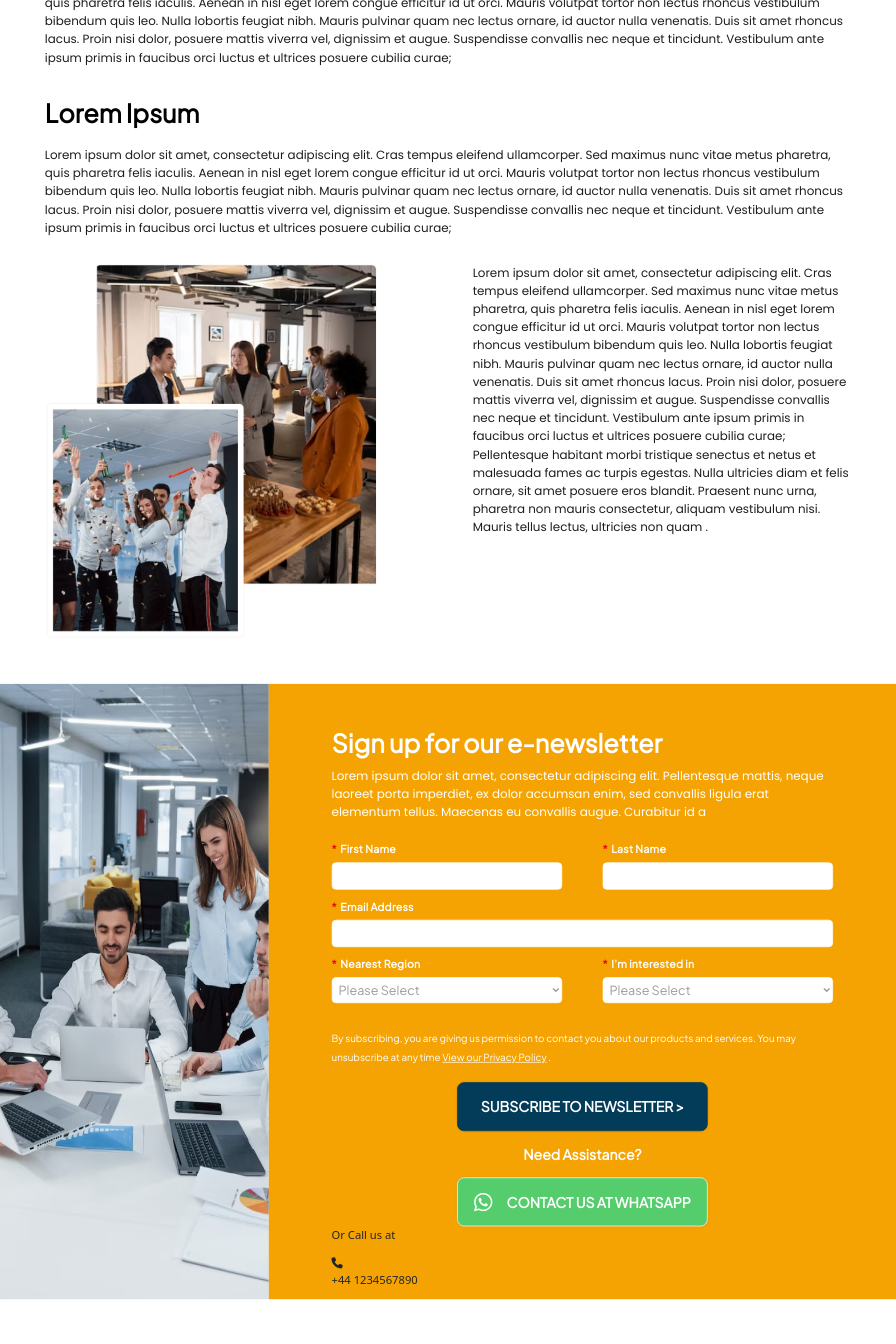
Repository: Akash8377/Hospitality-website
Page: /about-us
These files come from the project's save history. The page is drawn as it stood at one moment and after the next save; the edit follows.
The browser window is 1280 px wide. The pictures show the part of the page from y = 830 to 2750 px (the page is 2750 px tall before and 2686 px after), at 70% of full size.
Some web libraries are served in a nearby version. The project was rebuilt for these pictures with package versions that can differ from the ones it lists, and the page was loaded fresh each time. Also part of the build but not shown: src/Component/Partial/heading-cont.js, src/Component/Shared/about-us.js, src/Component/Shared/Banner.js, src/Component/Shared/popular-jobs.js, src/Component/Sliders/ServiceSlider.js, src/Component/Sliders/ReviewSlider.js, src/Component/Partial/index-banner.js, src/Component/Partial/index-buisness-banner.js and 2 more.

Above is the page before, as saved 2023-07-07 12:24:50.

### public/index.html
<!-- @format -->

<!DOCTYPE html>
<html lang="en">
  <head>
    <meta charset="utf-8" />
    <link rel="icon" href="%PUBLIC_URL%/favicon.ico" />
    <meta name="viewport" content="width=device-width, initial-scale=1" />
    <meta name="theme-color" content="#000000" />
    <meta
      name="description"
      content="Web site created using create-react-app"
    />
    <link rel="apple-touch-icon" href="%PUBLIC_URL%/logo192.png" />
    <link rel="manifest" href="%PUBLIC_URL%/manifest.json" />

    <link rel="preconnect" href="https://fonts.googleapis.com" />
    <link rel="preconnect" href="https://fonts.gstatic.com" crossorigin />
    <link href="https://fonts.googleapis.com/css2?family=Plus+Jakarta+Sans&family=Poppins&display=swap" rel="stylesheet">
    <title>React App</title>
  </head>
  <body>
    <noscript>You need to enable JavaScript to run this app.</noscript>
    <div id="root"></div>
  </body>
  <script src="https://kit.fontawesome.com/b533b351e4.js" crossorigin="anonymous"></script>
</html>

### src/index.css
/** @format */

body {
  margin: 0;
  padding: 0;
  font-family: -apple-system, BlinkMacSystemFont, "Segoe UI", "Roboto", "Oxygen",
    "Ubuntu", "Cantarell", "Fira Sans", "Droid Sans", "Helvetica Neue",
    sans-serif;
  -webkit-font-smoothing: antialiased;
  -moz-osx-font-smoothing: grayscale;
}

code {
  font-family: source-code-pro, Menlo, Monaco, Consolas, "Courier New",
    monospace;
}

### src/Css/Navbar.css
/** @format */

.Navbar {
  display: flex;
  justify-content: space-evenly;
  box-shadow: 0px 10px 30px 0px rgba(0, 0, 0, 0.25);
  background-color: #033c59;
  padding: 20px;
  align-items: center;
}
.Navbar .main {
  width: 15%;
  text-align: center;
}
.Navbar .main a {
  text-decoration: none;
  color: #fff;
  font-size: 20px;
  font-family: Plus Jakarta Sans;
  font-style: normal;
  font-weight: 400;
  line-height: 24px;
  letter-spacing: 1px;
  margin: 0;
}

.Navbar .main img {
  display: block;
  margin: auto;
  max-width: 100%;
}
.Navbar .main div {
  border-radius: 24px;
  border: 1px solid #f3f4f6;
  background: #eee;
  padding: 8px;
  display: flex;
  justify-content: space-between;
  padding-left: 10px;
  padding-right: 10px;
}
.Navbar .main div input {
  border: none;
  background-color: transparent;
  outline: none;
  color: #6b7280;
  font-size: 14px;
  font-family: Plus Jakarta Sans;
  font-style: normal;
  font-weight: 400;
  line-height: normal;
  width: 80%;
}
.Navbar .main button {
  border-radius: 8px;
  background: #f5a302;
  width: 120px;
  padding: 10px;
  color: #fff;
  text-align: center;
  font-size: 16px;
  font-family: Plus Jakarta Sans;
  font-style: normal;
  font-weight: 800;
  line-height: normal;
  outline: none;
  border: 1px solid #f5a302;
}

.Navbar .main a:focus{
    font-weight: 700;
}

### src/Css/Lap.css
/** @format */

/* Home Page Banner */
.Banner {
  min-height: 600px;
  max-height: 800px;
  width: 100%;
  background-image: url("../../public/Image/1.png");
  background-size: cover;
  background-repeat: no-repeat;
  position: relative;
}
.Banner h2 {
  color: #fff;
  text-align: center;
  font-size: 60px;
  font-family: Plus Jakarta Sans;
  font-style: normal;
  font-weight: 700;
  line-height: 90px;
}
.Banner p {
  color: rgba(255, 255, 255, 0.7);
  text-align: center;
  font-size: 17px;
  font-family: Plus Jakarta Sans;
  font-style: normal;
  font-weight: 400;
  line-height: 28px;
}

.Banner .two_button {
  display: flex;
  justify-content: center;
  gap: 20px;
}
.Banner .two_button button {
  border-radius: 10px;
  background: #033c59;
  border: 1px solid #033c59;
  box-shadow: 0px 0px 3px 0px rgba(60, 72, 88, 0.15);
  width: 457px;
  color: #fff;
  height: 92px;
  color: #fff;
  font-size: 28px;
  font-family: Plus Jakarta Sans;
  font-style: normal;
  font-weight: 700;
  line-height: normal;
  display: flex;
  justify-content: center;
  align-items: center;
  gap: 20px;
}

.Banner .Bottom_Button {
  border-radius: 10px;
  background: #f5a302;
  box-shadow: 0px 0px 3px 0px rgba(60, 72, 88, 0.15);
  color: #fff;
  text-align: center;
  font-size: 28px;
  font-family: Plus Jakarta Sans;
  font-style: normal;
  font-weight: 700;
  border: 1px solid #f5a302;
  height: 92px;
  width: 666px;
  display: flex;
  justify-content: center;
  align-items: center;
  gap: 20px;
  margin: auto;
  margin-top: 20px;
}

.Banner .content {
  position: absolute;
  top: 50%;
  left: 50%;
  transform: translate(-50%, -50%);
}

/* -------------------------- */

/* Home Page About us Section */
.Three_Div {
  display: flex;
  justify-content: space-evenly;
  gap: 20px;
  flex-wrap: wrap;
  margin-top: 2%;
  padding: 20px;
}
.Three_Div .Item {
  width: 357.126px;
}
.Three_Div .Item .upper {
  width: 100%;
  height: 381.393px;
  position: relative;
  background-image: url("../../public/Image/2.png");
}
.Three_Div .Item .upper .head {
  color: #fff;
  text-align: center;
  font-size: 36px;
  font-family: Plus Jakarta Sans;
  font-style: normal;
  font-weight: 600;
  max-width: 100%;
  width: 100%;
  margin: auto;
  position: absolute;
  bottom: 30px;
  left: 50%;
  transform: translate(-50%);
}
.Three_Div .Item .desc {
  color: #1d1d1d;
  text-align: center;
  font-size: 14px;
  font-family: Poppins;
  font-style: normal;
  font-weight: 400;
  line-height: normal;
  margin-top: 20px;
}
.Three_Div .Item button {
  border-radius: 6px;
  border: 1px solid #f5a302;
  background: #fef6e6;
  padding: 5px 21.02px 5px 21px;
  display: block;
  margin: auto;
  color: #f5a302;
  text-align: center;
  font-size: 15px;
  font-family: Plus Jakarta Sans;
  font-style: normal;
  font-weight: 600;
  line-height: 28px;
  letter-spacing: 0.375px;
}

/* Home Page Heading Container*/
.Center_Heading {
  margin-top: 5%;
}
.Center_Heading h5 {
  color: #161c2d;
  text-align: center;
  font-size: 36px;
  font-family: Plus Jakarta Sans;
  font-style: normal;
  font-weight: 600;
  line-height: 39px;
}
.Center_Heading .desc {
  color: #1d1d1d;
  text-align: center;
  font-size: 14px;
  font-family: Poppins;
  font-style: normal;
  font-weight: 400;
  line-height: normal;
  max-width: 600px;
  margin: auto;
}

/* Home Page Popular Jobs */
.Popular_Jobs {
  padding: 20px;
}
.Popular_Jobs table {
  table-layout: fixed;
  width: 90%;
  margin: auto;
  text-align: center;
}
.Popular_Jobs table tbody td .flex-cont {
  display: flex;
  gap: 5px;
  justify-content: center;
  align-items: center;
}

.Popular_Jobs table tbody tr {
  margin-top: 30px 0 !important;
  border-radius: 4px;
  background: rgba(255, 255, 255, 0);
  box-shadow: 0px 0px 3px 0px rgba(60, 72, 88, 0.15);
  border: 1px solid rgba(255, 255, 255, 0);
}
.Popular_Jobs table tbody tr td {
  padding: 10px;
}
.Popular_Jobs table tbody td .flex-cont p {
  color: #161c2d;
  font-size: 17px;
  font-family: Plus Jakarta Sans;
  font-style: normal;
  font-weight: 600;
  line-height: 28px;
  margin: 0;
}
.Popular_Jobs table tbody td .flex-cont button {
  border-radius: 6px;
  border: 1px solid #005479;
  background: #005479;
  color: #fff;
  text-align: center;
  font-size: 15px;
  font-family: Plus Jakarta Sans;
  font-style: normal;
  font-weight: 600;
  line-height: 28px;
  letter-spacing: 0.375px;
}
.Popular_Jobs table tbody td .flex-cont i {
  color: #005479;
  width: 40px;
  height: 40px;
  border: 1px solid #005479;
  text-align: center;
  border-radius: 100%;
  background-color: rgba(3, 0, 129, 0.05);
  padding: 10px;
}
.Popular_Jobs table tbody td .flex-vertical-cont {
  display: flex;
  flex-direction: column;
}
.Popular_Jobs table tbody td .flex-vertical-cont p {
  margin: 0;
  color: #161c2d;
  font-size: 15px;
  font-family: Plus Jakarta Sans;
  font-style: normal;
  font-weight: 700;
  line-height: 28px;
}
.Popular_Jobs table tbody td .flex-vertical-cont select {
  border-radius: 6px;
  border: 1px solid #777;
  background: #eee;
  width: 164px;
  margin: auto;
  outline: none;
  color: #777;
  font-size: 14px;
  font-family: Plus Jakarta Sans;
  font-style: normal;
  font-weight: 400;
  line-height: 20px;
}
.Popular_Jobs table tbody td .flex-vertical-cont div {
  display: flex;
  gap: 5px;
  align-items: center;
  justify-content: center;
}
.Popular_Jobs table tbody td .flex-vertical-cont div p {
  color: #94a3b8;
  font-size: 15px;
  font-family: Plus Jakarta Sans;
  font-style: normal;
  font-weight: 400;
  line-height: 28px;
}
.Popular_Jobs table tbody td .flex-vertical-cont div i {
  color: #94a3b8;
}

/* Home Page Service Slider */
.Service_Slider_Container {
  position: relative;
  margin-top: 20px;
}
.Service_Slider_Container .Service_Slider .Main {
  width: 421px !important;
  height: 506px !important;
  position: relative;
  display: block !important;
  margin: auto;
}
.Service_Slider_Container .Service_Slider .Main img {
  position: absolute;
  top: 0;
  bottom: 0;
  left: 0;
  right: 0;
  z-index: -1;
}
.Service_Slider_Container .slick-arrow {
  display: none !important;
}

.Service_Slider_Container .Service_Slider .Main .head {
  color: #fff;
  text-align: center;
  font-size: 36px;
  font-family: Plus Jakarta Sans;
  font-style: normal;
  font-weight: 600;
  line-height: 28px;
  position: absolute;
  top: 50%;
  left: 50%;
  transform: translate(-50%, -50%);
  width: 100%;
}
.Service_Slider_Container .Service_Slider .Main button {
  display: flex;
  gap: 10px;
  align-items: center;
  border-radius: 6px;
  border: 1px solid #fff;
  background: #fff;
  width: 148.49px;
  height: 37.865px;
  color: #000;
  text-align: center;
  font-size: 15px;
  font-family: Plus Jakarta Sans;
  font-style: normal;
  font-weight: 600;
  line-height: 28px;
  letter-spacing: 0.375px;
  position: absolute;
  top: 70%;
  left: 50%;
  transform: translate(-50%, -50%);
  text-align: center;
  justify-content: center;
}

/* Home Page Review Slider */
.Review_Slider_Container {
  position: relative;
  margin-top: 30px;
  margin-bottom: 20px;
}
.Review_Slider_Container .Review_Slider .Main {
  width: 357px !important;
  height: 466px !important;
  position: relative;
  display: block !important;
  margin: auto;
  background: #fff;
  box-shadow: 0px 20px 40px 10px rgba(159, 159, 159, 0.15),
    0px -10px 50px 0px rgba(0, 0, 0, 0.1);
  padding: 20px;
}

.Review_Slider_Container .slick-arrow {
  display: none !important;
}
.Review_Slider_Container .Review_Slider .Main .User_Profile {
  display: flex;
  justify-content: space-between;
  max-width: 90%;
  gap: 10px;
  align-items: center;
}

.Review_Slider_Container .Review_Slider .Main .User_Profile img {
  width: 73px;
  height: 73px;
  border-radius: 100%;
}
.Review_Slider_Container .Review_Slider .Main .User_Profile p {
  margin: 0;
}

.Review_Slider_Container .Review_Slider .Main .User_Profile div .head {
  color: #000;
  font-size: 22px;
  font-family: Plus Jakarta Sans;
  font-style: normal;
  font-weight: 700;
  line-height: 39px;
}
.Review_Slider_Container .Review_Slider .Main .User_Profile div .desc {
  color: #9c9c9c;
  font-size: 15px;
  font-family: Plus Jakarta Sans;
  font-style: normal;
  font-weight: 700;
  line-height: 39px;
}

.Review_Slider_Container .Review_Slider .Main .Reviews {
  display: flex;
  align-items: center;
  justify-content: space-between;
  margin-top: 10px;
}
.Review_Slider_Container .Review_Slider .Main .Reviews div {
  display: flex;
  gap: 5px;
}
.Review_Slider_Container .Review_Slider .Main .Reviews div i {
  color: #ffc107;
  font-size: 23px;
}

.Review_Slider_Container .Review_Slider .Main .Reviews p {
  margin: 0;
  color: #9c9c9c;
  font-size: 15px;
  font-family: Plus Jakarta Sans;
  font-style: normal;
  font-weight: 700;
  line-height: 39px;
}
.Review_Slider_Container .Review_Slider .Main .content {
  text-align: left;
  margin-top: 10px;
}
.Review_Slider_Container .Review_Slider .Main .content p {
  color: #000;
  font-size: 17px;
  font-family: Plus Jakarta Sans;
  font-style: normal;
  font-weight: 400;
  line-height: 28px;
}

/* Index Two Sec Banner */
.Index_Banner_Two_Sec {
  display: flex;
  width: 90%;
  margin: auto;
  align-items: stretch;
  margin-top: 2%;
  justify-content: center;
  height: 550px;
  max-width: 1200px;
  margin-bottom: 20px;
}
.Index_Banner_Two_Sec .left {
  width: 30%;
  display: flex;
  justify-content: flex-end;
}
.Index_Banner_Two_Sec .left img {
  width: auto;
  max-height: 100%;
}

.Index_Banner_Two_Sec .right {
  width: 70%;
  background-color: #f5a302;
  position: relative;
}
.Index_Banner_Two_Sec .right .content {
  position: absolute;
  top: 50%;
  left: 50%;
  transform: translate(-50%, -50%);
  width: 90%;
  margin: auto;
}
.Index_Banner_Two_Sec .right .content h5 {
  color: #fff;
  font-family: Plus Jakarta Sans;
  font-size: 36px;
  font-style: normal;
  font-weight: 600;
  line-height: 54px;
}
.Index_Banner_Two_Sec .right .content p {
  color: #fff;
  font-family: Plus Jakarta Sans;
  font-size: 17px;
  font-style: normal;
  line-height: 28px;
}
.Index_Banner_Two_Sec .right .content ul {
  list-style: none;
  padding-left: 0;
}
.Index_Banner_Two_Sec .right .content ul li {
  display: flex;
  gap: 10px;
  align-items: center;
}
.Index_Banner_Two_Sec .right .content ul li span {
  color: #fff;
  font-family: Plus Jakarta Sans;
  font-size: 15px;
  font-style: normal;
  font-weight: 400;
  line-height: 28px;
}

/* Index Buisness Banner */
.Index_Buisness_Banner {
  display: flex;
  justify-content: space-evenly;
  width: 90%;
  margin: auto;
  margin-top: 5%;
}
.Index_Buisness_Banner .left {
  width: 50%;
  padding: 20px;
}
.Index_Buisness_Banner .left h5 {
  color: #161c2d;
  font-family: Plus Jakarta Sans;
  font-size: 36px;
  font-style: normal;
  font-weight: 600;
  line-height: 39px;
}
.Index_Buisness_Banner .left p {
  color: #1d1d1d;
  font-family: Poppins;
  font-size: 14px;
  font-style: normal;
  font-weight: 400;
  line-height: normal;
  max-width: 60%;
}
.Index_Buisness_Banner .left .Two_Sec {
  display: flex;
  justify-content: space-between;
  flex-wrap: wrap;
}

.Index_Buisness_Banner .left .Two_Sec .Main {
  width: 49%;
  border-radius: 4px;
  background: #f8fafc;
  box-shadow: 0px 0px 3px 0px rgba(60, 72, 88, 0.15);
  padding: 20px;
  display: flex;
  align-items: flex-start;
  gap: 10px;
  margin-top: 20px;
}
.Index_Buisness_Banner .left .Two_Sec .Main div {
  display: flex;
  flex-direction: column;
  width: 60%;
}
.Index_Buisness_Banner .left .Two_Sec .Main div h6 {
  color: #161c2d;
  font-family: Plus Jakarta Sans;
  font-size: 16px;
  font-style: normal;
  font-weight: 600;
  line-height: 28px;
}

.Index_Buisness_Banner .left .Two_Sec .Main div p {
  color: #005479;
  font-family: Plus Jakarta Sans;
  font-size: 14px;
  font-style: normal;
  font-weight: 400;
  line-height: 20px;
  width: 100%;
}
.Index_Buisness_Banner .left .Last_Text {
  display: flex;
  gap: 10px;
  color: #94a3b8;
  text-align: center;
  font-family: Plus Jakarta Sans;
  font-size: 15px;
  font-style: normal;
  font-weight: 600;
  line-height: 28px;
  letter-spacing: 0.375px;
  align-items: center;

  margin: 0;
  margin-top: 10px;
}
.Index_Buisness_Banner .right {
  width: 30%;
}
.Index_Buisness_Banner .right img {
  max-width: 100%;
  display: block;
  margin: auto;
}

/* Footer  */
.Footer {
  background: #f5a302;
  margin-top: 5%;
  padding-bottom: 50px;
}
.Footer .Upper_Div {
  display: flex;
  width: 90%;
  margin: auto;
  justify-content: space-between;
  padding-top: 2%;
  align-items: center;
}
.Footer .Upper_Div div {
  width: 15%;
}
.Footer .Upper_Div div p {
  margin: 0;
  color: #fff;
  font-family: Plus Jakarta Sans;
  font-size: 20px;
  font-style: normal;
  font-weight: 800;
  line-height: normal;
}
.Footer .Upper_Div div button {
  color: #fff;
  text-align: center;
  font-family: Plus Jakarta Sans;
  font-size: 16px;
  font-style: normal;
  font-weight: 800;
  border-radius: 8px;
  background: #005479;
  border: 1px solid #005479;
  width: 100%;
  padding: 10px;
  line-height: normal;
}

.Footer .Down_Div {
  display: flex;
  justify-content: space-between;
  width: 90%;
  margin: auto;
  margin-top: 40px;
}

.Footer .Down_Div .left h5 {
  color: #fff;
  font-family: Plus Jakarta Sans;
  font-size: 26px;
  font-style: normal;
  font-weight: 700;
  line-height: 39px;
}
.Footer .Down_Div .left .two_sec {
  display: flex;
  align-items: center;
  gap: 10px;
  margin-top: 30px;
}
.Footer .Down_Div .left .two_sec p {
  margin: 0;
  color: #fff;
  font-family: Plus Jakarta Sans;
  font-size: 17px;
  font-style: normal;
  font-weight: 500;
  line-height: normal;
}
.Footer .Down_Div .left .two_sec i {
  color: #fff;
  font-size: 20px;
}

.Footer .Down_Div .left .copyRight {
  color: #fff;
  font-family: Plus Jakarta Sans;
  font-size: 20px;
  margin-top: 40px;
  font-style: normal;
  font-weight: 500;
  line-height: normal;
}

/* About Us Page */
.AboutUs {
  min-height: 600px;
  max-height: 800px;
  width: 100%;
  background-image: url("../../public/Image/11.png");
  background-size: cover;
  background-repeat: no-repeat;
  position: relative;
}
.AboutUs h2 {
  color: #fff;
  text-align: center;
  font-size: 36px;
  font-family: Plus Jakarta Sans;
  font-style: normal;
  font-weight: 700;
  line-height: 90px;
}
.AboutUs p {
  color: rgba(255, 255, 255, 0.7);
  text-align: center;
  font-size: 14px;
  font-family: Plus Jakarta Sans;
  font-style: normal;
  font-weight: 400;
  line-height: 28px;
}

.AboutUs .content {
  position: absolute;
  top: 60%;
  left: 50%;
  transform: translate(-50%, -50%);
}

.About_Us-Content {
  width: 90%;
  margin: auto;
  margin-top: 3%;
}
.About_Us-Content h5 {
  color: #000;
  font-family: Plus Jakarta Sans;
  font-size: 36px;
  font-style: normal;
  font-weight: 600;
  line-height: 54px;
}
.About_Us-Content p {
  color: #1d1d1d;
  font-family: Poppins;
  font-size: 17px;
  font-style: normal;
  font-weight: 400;
  line-height: normal;
  margin-top: 20px;
}

.About_Us-two_Sec {
  display: flex;
  width: 90%;
  margin: auto;
  justify-content: space-between;
  margin-top: 3%;
}
.About_Us-two_Sec .right {
  width: 70%;
  text-align: left;
  display: flex;
  justify-content: flex-end;
}
.About_Us-two_Sec .right p {
  max-width: 80%;
  color: #1d1d1d;
  font-family: Poppins;
  font-size: 17px;
  font-style: normal;
  font-weight: 400;
  line-height: normal;
}

.About-Us_Newsletter {
  display: flex;
  align-items: stretch;
  max-height: 900px;
  margin-top: 5%;
  margin-bottom: 5%;
}
.About-Us_Newsletter .left {
  width: 30%;
}
.About-Us_Newsletter .left img {
  height: 100%;
  width: 100%;
}

.About-Us_Newsletter .right {
  background: #f5a302;
  width: 70%;
  padding-top: 5%;
}
.About-Us_Newsletter .right .content {
  width: 80%;
  margin: auto;
}
.About-Us_Newsletter .right .content h5 {
  color: #fff;
  font-family: Plus Jakarta Sans;
  font-size: 36px;
  font-style: normal;
  font-weight: 700;
  line-height: 39px;
}
.About-Us_Newsletter .right .content .desc {
  color: #fff;
  font-family: Poppins;
  font-size: 17px;
  font-style: normal;
  font-weight: 400;
  line-height: normal;
  margin-top: 2%;
}
.About-Us_Newsletter .right .content form {
  margin-top: 2%;
}
.About-Us_Newsletter .right .content form .Two_Inputs {
  display: flex;
  gap: 20px;
  justify-content: space-between;
  align-items: center;
}
.About-Us_Newsletter .right .content form .Two_Inputs div {
  width: 46%;
  display: flex;
  flex-direction: column;
  gap: 5px;
  margin-top: 10px;
}
.About-Us_Newsletter .right .content form .Two_Inputs div label {
  color: #fff;
  font-family: Plus Jakarta Sans;
  font-size: 15px;
  font-style: normal;
  font-weight: 700;
  line-height: 28px;
  letter-spacing: 0.375px;
  display: flex;
  gap: 5px;
}
.About-Us_Newsletter .right .content form .Two_Inputs div label span {
  color: #e51111;
}
.About-Us_Newsletter .right .content form .Two_Inputs div input {
  border-radius: 6px;
  border: 1px solid #fff;
  background: #fff;
  width: 100%;
  padding: 5px;
  outline: none;
  font-family: Plus Jakarta Sans;
  font-size: 18px;
  font-style: normal;
}
.About-Us_Newsletter .right .content form .Single_Input {
  margin-top: 10px;
}
.About-Us_Newsletter .right .content form .Single_Input div {
  width: 100%;
  display: flex;
  flex-direction: column;
  gap: 5px;
}
.About-Us_Newsletter .right .content form .Single_Input div label {
  color: #fff;
  font-family: Plus Jakarta Sans;
  font-size: 15px;
  font-style: normal;
  font-weight: 700;
  line-height: 28px;
  letter-spacing: 0.375px;
  display: flex;
  gap: 5px;
}
.About-Us_Newsletter .right .content form .Single_Input div input {
  border-radius: 6px;
  border: 1px solid #fff;
  background: #fff;
  width: 100%;
  padding: 5px;
  outline: none;
  font-family: Plus Jakarta Sans;
  font-size: 18px;
  font-style: normal;
}
.About-Us_Newsletter .right .content form .Single_Input div label span {
  color: #e51111;
}
.About-Us_Newsletter .right .content form .Two_Inputs div select {
  border-radius: 6px;
  border: 1px solid #fff;
  background: #fff;
  width: 100%;
  padding: 5px;
  outline: none;
  font-family: Plus Jakarta Sans;
  font-size: 18px;
  font-style: normal;
  color: #9c9c9c;
}

.About-Us_Newsletter .right .content .Policy {
  color: #fff;
  font-family: Plus Jakarta Sans;
  font-size: 14px;
  font-style: normal;
  font-weight: 400;
  line-height: 28px;
  margin-top: 5%;
}
.About-Us_Newsletter .right .content .Policy span {
  text-decoration: underline;
}
.About-Us_Newsletter .right .content .NewsLetter_Button {
  border-radius: 10px;
  background: #033c59;
  box-shadow: 0px 0px 3px 0px rgba(60, 72, 88, 0.15);
  width: 50%;
  display: block;
  margin: auto;
  border: 1px solid #033c59;
  color: #fff;
  text-align: center;
  font-family: Plus Jakarta Sans;
  font-size: 20px;
  font-style: normal;
  font-weight: 700;
  line-height: normal;
  height: 70px;
  margin-top: 3%;
}

.About-Us_Newsletter .right .content .Assistance_P {
  color: #fff;
  font-family: Plus Jakarta Sans;
  font-size: 20px;
  font-style: normal;
  font-weight: 700;
  line-height: normal;
  text-align: center;
  margin-top: 20px;
}

.About-Us_Newsletter .right .content .Whatsapp_Button {
  border-radius: 10px;
  background: #55CD6C;
  box-shadow: 0px 0px 3px 0px rgba(60, 72, 88, 0.15);
  width: 50%;
  margin: auto;
  border: 1px solid #fff;
  color: #fff;
  text-align: center;
  font-family: Plus Jakarta Sans;
  font-size: 20px;
  font-style: normal;
  font-weight: 700;
  line-height: normal;
  height: 70px;
  margin-top: 3%;
  display: flex;
justify-content: center;
align-items: center;
gap: 20px;
}
.About-Us_Newsletter .right .content .Whatsapp_Button i{
  font-size: 30px;
}
.About-Us_Newsletter .right .content .contact_Detail {

}

Loaded but not shown: src/index.js (common file); src/Component/Partial/About Us Component/Newsletter.js (91 lines, source omitted); src/Component/Partial/About Us Component/two-section.js (33 lines, source omitted); src/Component/Partial/About Us Component/Banner.js (18 lines, source omitted); src/Component/Navbar/Navbar.js (45 lines, source omitted); src/Component/Partial/About Us Component/content-description.js (12 lines, source omitted); src/Pages/AboutUs.js (23 lines, source omitted); src/App.js (24 lines, source omitted)

After the next save:
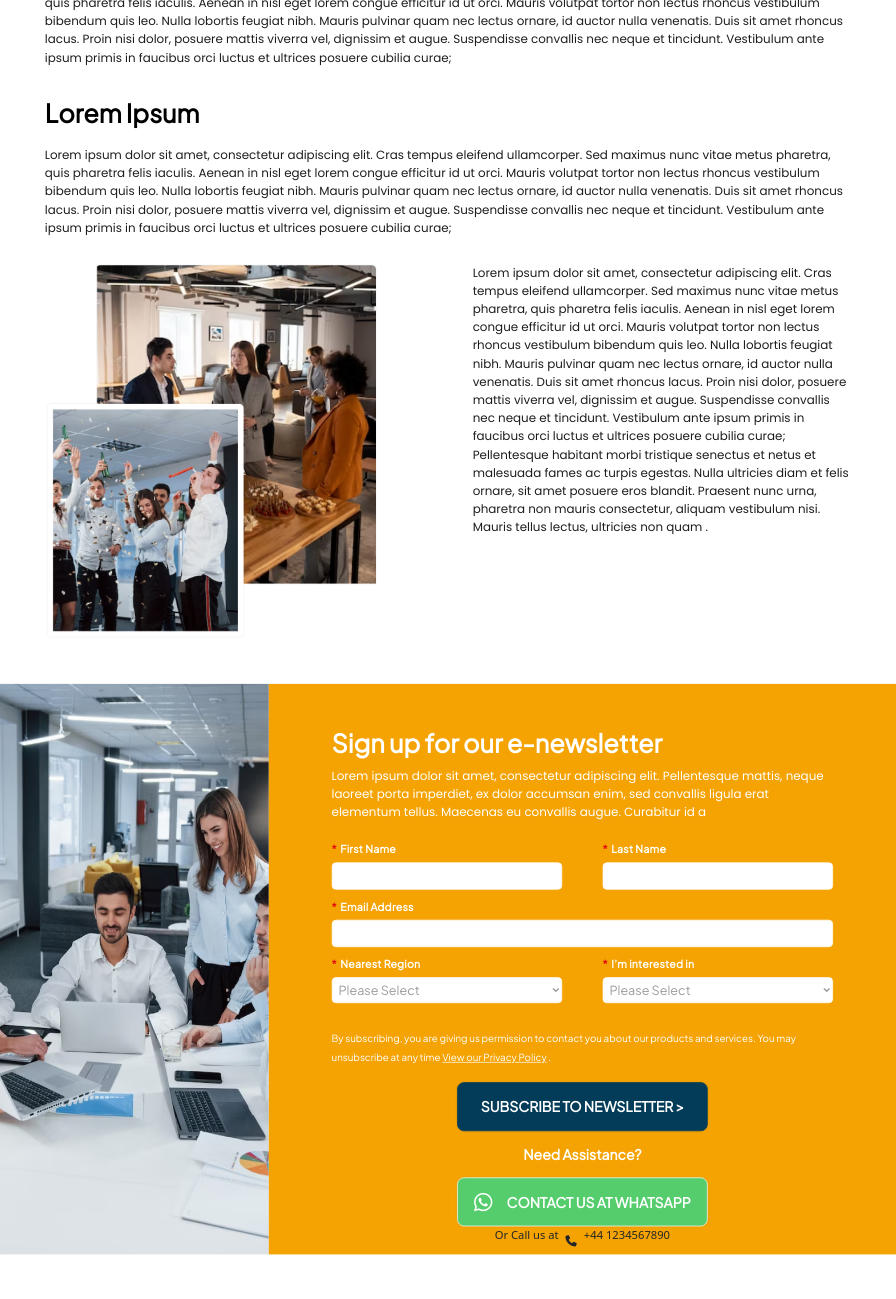
Saved 46 s later.
--- a/src/Css/Lap.css
+++ b/src/Css/Lap.css
@@ -955,5 +955,8 @@ gap: 20px;
   font-size: 30px;
 }
 .About-Us_Newsletter .right .content .contact_Detail {
-
-}
+  display: flex;
+  justify-content: center;
+  gap: 10px;
+  align-items: center;
+}
